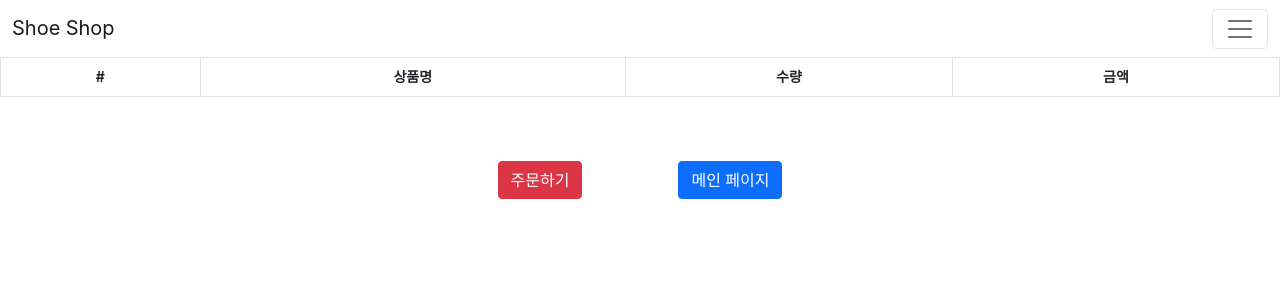
Repository: yangddoddi/shoe-store-pwa
Page: /#/cart
An editor plug-in stored every save of this project. The page is shown before and after a run of saves, followed by the edit.
The browser window is 1280 px wide. The pictures show the whole page.
The project was rebuilt for these pictures with package versions that can differ from the ones it lists, and the page was loaded fresh each time.

Above is the page before, as saved 2022-04-11 20:39:51.

After the next 2 saves:
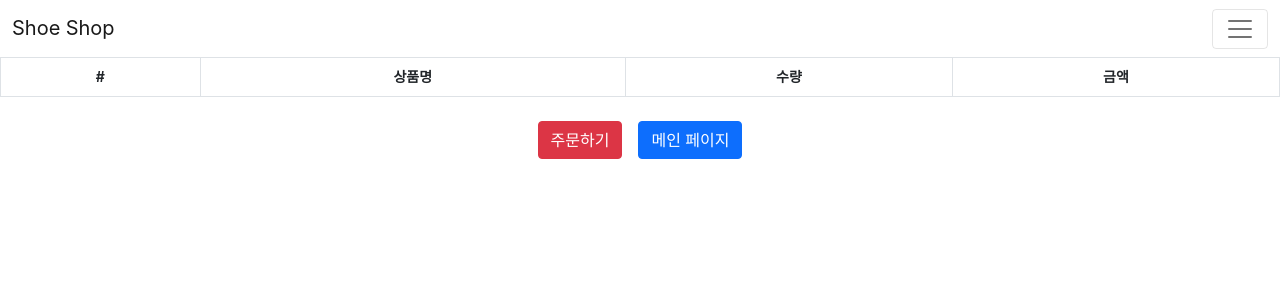
The 2 saves are shown as one change because they came seconds apart.
The last was saved 7 s later.
--- a/src/Cart.js
+++ b/src/Cart.js
@@ -63,10 +63,10 @@ function CartTable(props) {
           })}
         </tbody>
       </Table>
-      <Button className="btn btn-danger m-5" href="/">
+      <Button className="btn btn-danger m-2" href="/">
         주문하기
       </Button>
-      <Button className="btn btn-primary m-5" href="/">
+      <Button className="btn btn-primary m-2" href="/">
         메인 페이지
       </Button>
     </>
